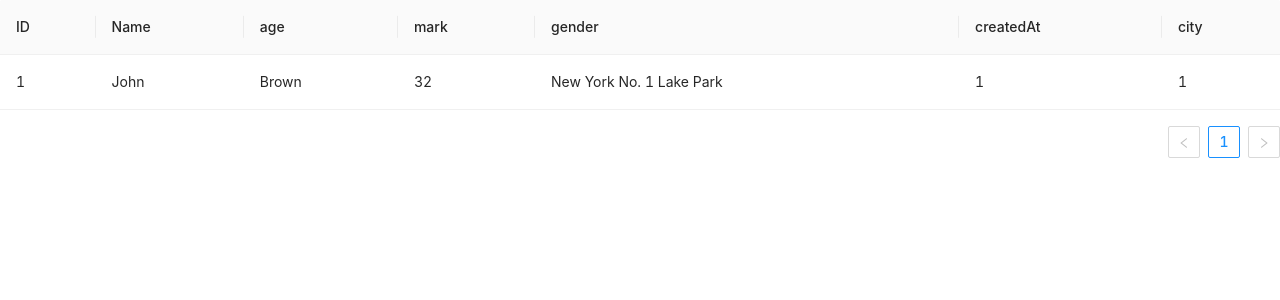
Repository: haminhdat1407/react-api-student
Page: /
The author's editor kept a copy of each file at every save. The page is drawn from the files as they stood at one save, then again after the next save.
The browser window is 1280 px wide. The pictures show the whole page.
The page's requests for data from a server got no answer. The project was rebuilt for these pictures with package versions that can differ from the ones it lists, and the page was loaded fresh each time. No one was signed in, and anything a server would have sent is missing. Also part of the build but not shown: src/components/StudentList/style.css, src/styles.css.

Above is the page before, as saved 2022-03-12 19:25:03.

After the next save:
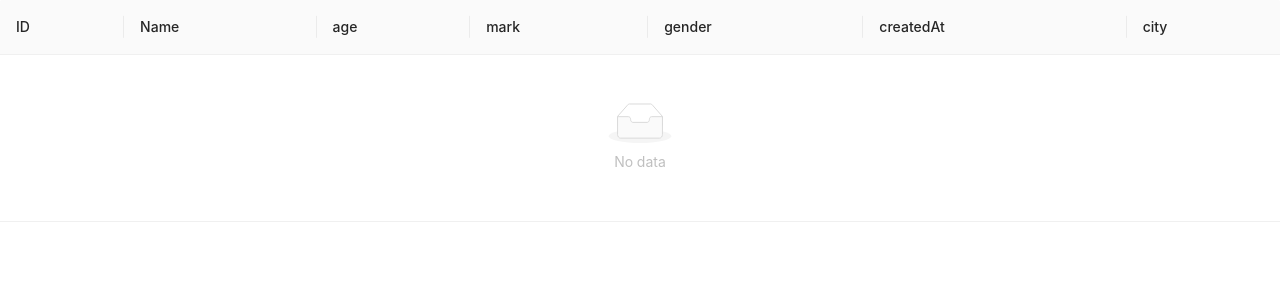
Saved 51 s later.
--- a/src/components/StudentList/index.jsx
+++ b/src/components/StudentList/index.jsx
@@ -32,7 +32,7 @@ function StudentList({ data, onRemove }) {
   };
 
   return (
-    <Table dataSource={dataStudents}>
+    <Table>
       <Column title='ID' dataIndex='id' key='id' />
       <Column title='Name' dataIndex='name' key='name' />
       <Column title='age' dataIndex='age' key='age' />
